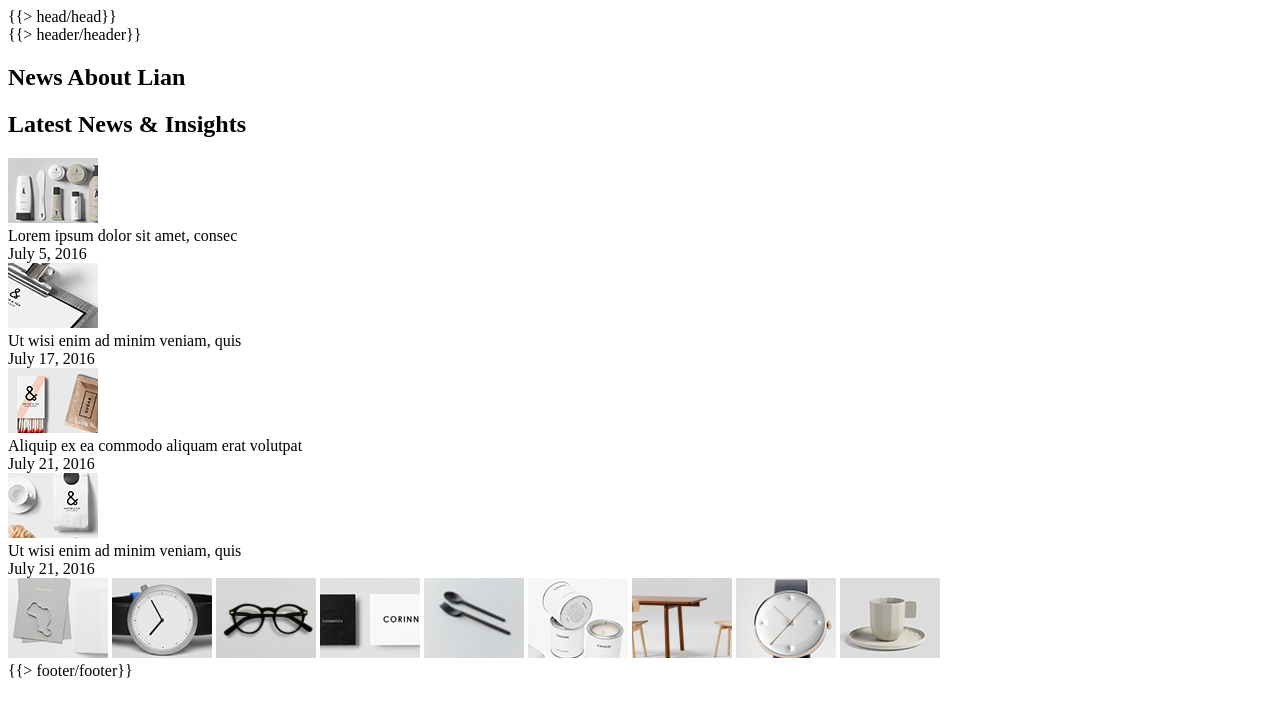
Repository: nataliiasaltan/Lian
Page: src/blog.html
An editor plug-in stored every save of this project. The page is shown before and after the next save, followed by the edit.
The browser window is 1280 px wide. The pictures show the whole page.

Above is the page before, as saved 2020-05-23 13:00:40.

### src/blog.html
<!DOCTYPE html>
<html lang="en">
<title>lian</title>

<head>
    {{> head/head}}
</head>

<body>
    <div class="wrapper">
        {{> header/header}}
        <main>
            <section class="blog">
                <div class="banner">
                    <div class="top"></div>
                    <div class="banner__head" style="background-image: url(images/heading4.png);">
                    </div>
                    <div class="banner__inner">
                        <h1 class="banner__title">News About Lian</h1>
                        <h2 class="banner__content">Latest News & Insights</h2>
                    </div>
                </div>
                <div class="blog__container">
                    <div class="blog__main">
                        <div class="blog__inner">
                            <div class="blog__post"></div>
                            <div class="blog__post"></div>
                            <div class="blog__post"></div>
                        </div>
                        <div class="blog__inner">
                            <div class="blog__post"></div>
                            <div class="blog__post"></div>
                            <div class="blog__post"></div>
                        </div>
                    </div>
                    <div class="blog__aside">
                        <div class="search-form"></div>
                        <div class="aside__wrapper">
                            <h2 class="aside__head"></h2>
                            <div class="aside__inner">
                                <div class="aside__post">
                                    <div class="aside__img">
                                        <a href="#"><img src="images/asidePost1.png" alt=""></a>
                                    </div>
                                    <div class="aside__holder">
                                        <div class="aside__text">Lorem ipsum dolor sit amet, consec</div>
                                        <div class="aside__time" datetime="2017-07-05T18:18">July 5, 2016</div>
                                    </div>
                                </div>
                                <div class="aside__post">
                                    <div class="aside__img">
                                        <a href="#"><img src="images/asidePost2.png" alt=""></a>
                                    </div>
                                    <div class="aside__holder">
                                        <div class="aside__text">Ut wisi enim ad minim veniam, quis</div>
                                        <div class="aside__time" datetime="2017-07-17T18:18">July 17, 2016</div>
                                    </div>
                                </div>
                                <div class="aside__post">
                                    <div class="aside__img">
                                        <a href="#"><img src="images/asidePost3.png" alt=""></a>
                                    </div>
                                    <div class="aside__holder">
                                        <div class="aside__text">Aliquip ex ea commodo aliquam erat volutpat</div>
                                        <div class="aside__time" datetime="2017-07-21T18:18">July 21, 2016</div>
                                    </div>
                                </div>
                                <div class="aside__post">
                                    <div class="aside__img">
                                        <a href="#"><img src="images/asidePost4.png" alt=""></a>
                                    </div>
                                    <div class="aside__holder">
                                        <div class="aside__text">Ut wisi enim ad minim veniam, quis</div>
                                        <div class="aside__time" datetime="2017-07-17T18:18">July 21, 2016</div>
                                    </div>
                                </div>
                            </div>
                        </div>
                        <div class="aside__wrapper">
                            <div class="aside__head"></div>

                        </div>
                        <div class="aside__wrapper">
                            <div class="aside__head"></div>
                            <div class="aside__instagram">
                                <img src="images/asideInstagram1.png" alt="" class="instagram__img">
                                <img src="images/asideInstagram2.png" alt="" class="instagram__img">
                                <img src="images/asideInstagram3.png" alt="" class="instagram__img">
                                <img src="images/asideInstagram4.png" alt="" class="instagram__img">
                                <img src="images/asideInstagram5.png" alt="" class="instagram__img">
                                <img src="images/asideInstagram6.png" alt="" class="instagram__img">
                                <img src="images/asideInstagram7.png" alt="" class="instagram__img">
                                <img src="images/asideInstagram8.png" alt="" class="instagram__img">
                                <img src="images/asideInstagram9.png" alt="" class="instagram__img">
                            </div>
                        </div>
                    </div>
                </div>
            </section>
        </main>
        {{> footer/footer}}
    </div>
</body>

</html>

After the next save:
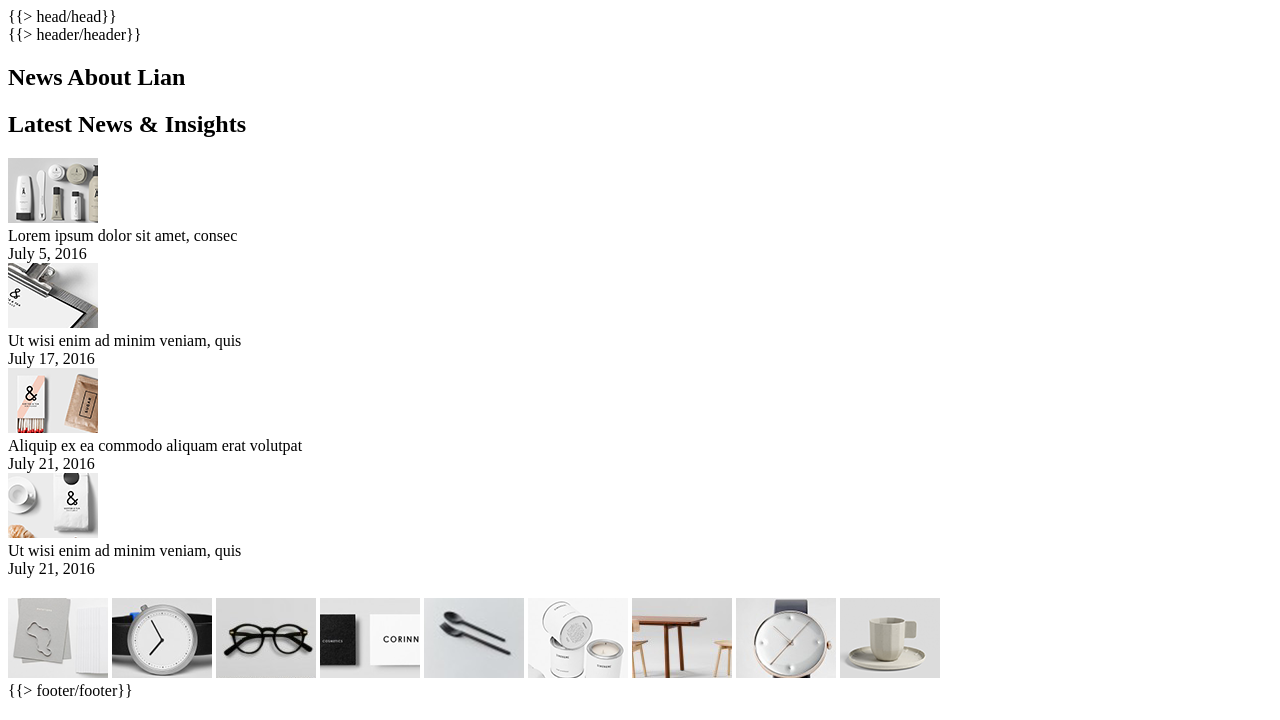
Saved 40 s later.
--- a/src/blog.html
+++ b/src/blog.html
@@ -77,11 +77,11 @@
                             </div>
                         </div>
                         <div class="aside__wrapper">
-                            <div class="aside__head"></div>
+                            <h2 class="aside__head"></h2>
 
                         </div>
                         <div class="aside__wrapper">
-                            <div class="aside__head"></div>
+                            <h2 class="aside__head"></h2>
                             <div class="aside__instagram">
                                 <img src="images/asideInstagram1.png" alt="" class="instagram__img">
                                 <img src="images/asideInstagram2.png" alt="" class="instagram__img">
